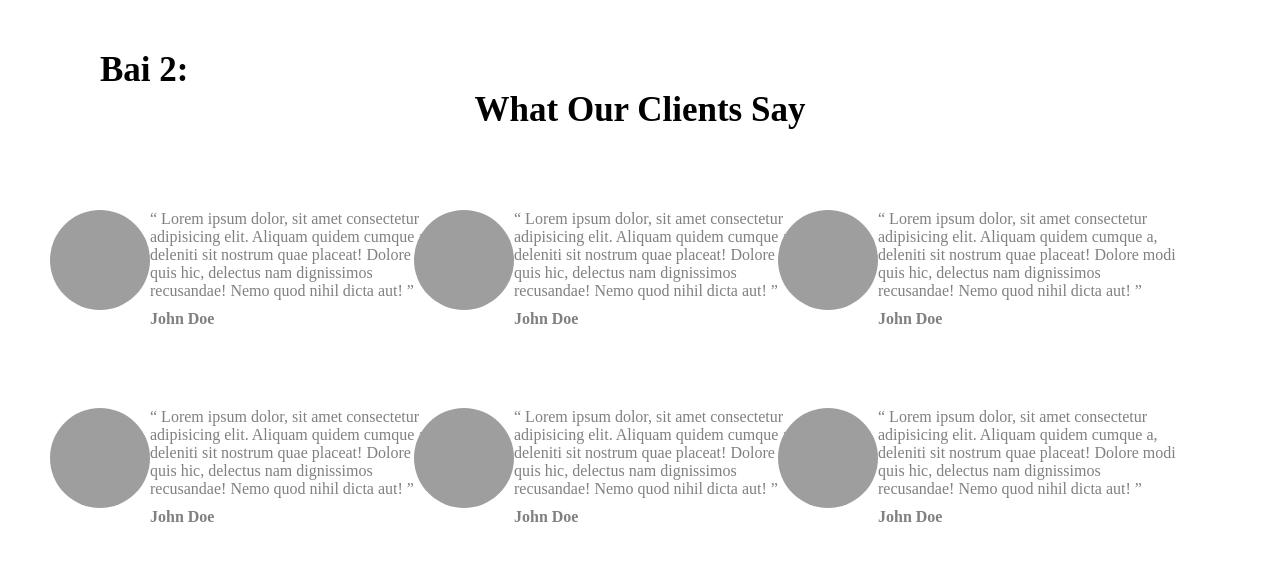
Repository: truongtn04/f8-fullstack-k5
Page: day03/ex02.html
The author's editor kept a copy of each file at every save. The page is drawn from the files as they stood at one save, then again after the next save.
The browser window is 1280 px wide. The pictures show the whole page.
Pictures or frames that could not be fetched are drawn as grey boxes.

Above is the page before, as saved 2023-11-27 11:00:30.

After the next save:
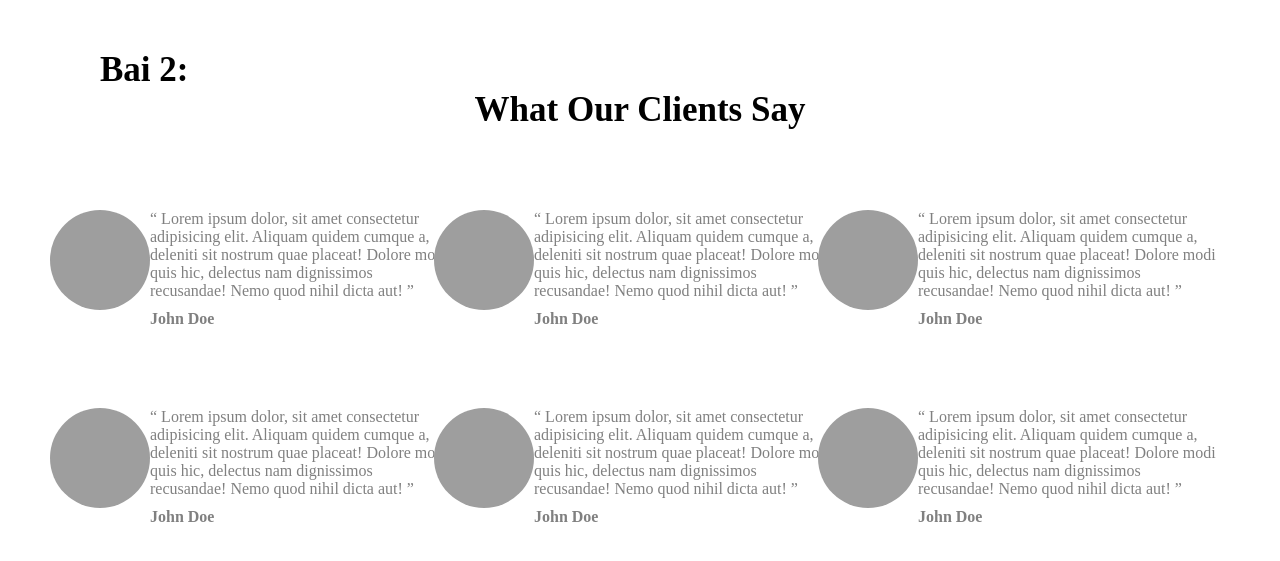
Saved 6 s later.
--- a/day03/css/ex02.css
+++ b/day03/css/ex02.css
@@ -26,7 +26,7 @@ h1{
     display: flex;
     justify-content: space-between;
     margin-bottom: 80px;
-    margin-right: 10px;
+    margin-right: 30px;
 }
 .box-item__img img{
     width:100px;
